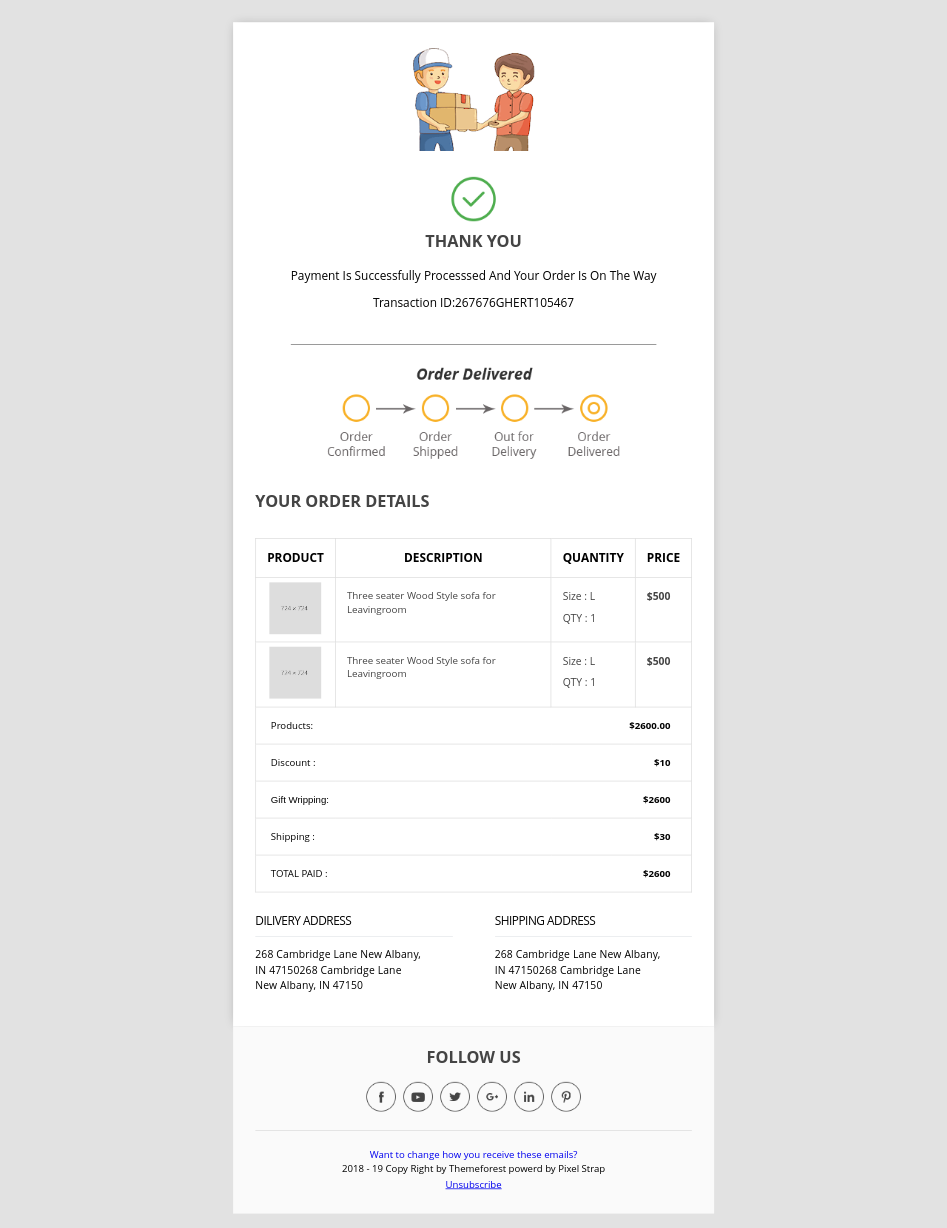
Repository: Idevz-sys/icespice-marketplace-front
Page: email-template/email-order-success.html
An editor plug-in stored every save of this project. The page is shown before and after the next save, followed by the edit.
The browser window is 1280 px wide. The pictures show the whole page, at 74% of full size.

Above is the page before, as saved 2022-04-12 16:28:25.

### email-template/email-order-success.html
<!DOCTYPE html>
<html lang="en">

<head>
    <meta http-equiv="Content-Type" content="text/html; charset=UTF-8">
    <meta http-equiv="X-UA-Compatible" content="IE=edge">
    <meta name="viewport" content="width=device-width, initial-scale=1.0">
    <link rel="icon" href="images/favicon.png" type="image/x-icon">
    <link rel="shortcut icon" href="images/favicon.png" type="image/x-icon">
    <title>Multikart | Email template </title>
    <link href="https://fonts.googleapis.com/css?family=Lato:300,400,700,900" rel="stylesheet">

    <style type="text/css">
        body {
            text-align: center;
            margin: 0 auto;
            width: 650px;
            font-family: 'Open Sans', sans-serif;
            background-color: #e2e2e2;
            display: block;
        }

        ul {
            margin: 0;
            padding: 0;
        }

        li {
            display: inline-block;
            text-decoration: unset;
        }

        a {
            text-decoration: none;
        }

        p {
            margin: 15px 0;
        }

        h5 {
            color: #444;
            text-align: left;
            font-weight: 400;
        }

        .text-center {
            text-align: center
        }

        .main-bg-light {
            background-color: #fafafa;
        }

        .title {
            color: #444444;
            font-size: 22px;
            font-weight: bold;
            margin-top: 10px;
            margin-bottom: 10px;
            padding-bottom: 0;
            text-transform: uppercase;
            display: inline-block;
            line-height: 1;
        }

        table {
            margin-top: 30px
        }

        table.top-0 {
            margin-top: 0;
        }

        table.order-detail,
        .order-detail th,
        .order-detail td {
            border: 1px solid #ddd;
            border-collapse: collapse;
        }

        .order-detail th {
            font-size: 16px;
            padding: 15px;
            text-align: center;
        }

        .footer-social-icon tr td img {
            margin-left: 5px;
            margin-right: 5px;
        }
    </style>
</head>

<body style="margin: 20px auto;">
    <table align="center" border="0" cellpadding="0" cellspacing="0"
        style="padding: 0 30px;background-color: #fff; -webkit-box-shadow: 0px 0px 14px -4px rgba(0, 0, 0, 0.2705882353);box-shadow: 0px 0px 14px -4px rgba(0, 0, 0, 0.2705882353);width: 100%;">
        <tbody>
            <tr>
                <td>
                    <table align="center" border="0" cellpadding="0" cellspacing="0">
                        <tr>
                            <td>
                                <img src="images/delivery.png" alt="" style="margin-bottom: 30px;">
                            </td>
                        </tr>
                        <tr>
                            <td>
                                <img src="images/success.png" alt="">
                            </td>
                        </tr>
                        <tr>
                            <td>
                                <h2 class="title">thank you</h2>
                            </td>
                        </tr>
                        <tr>
                            <td>
                                <p>Payment Is Successfully Processsed And Your Order Is On The Way</p>
                                <p>Transaction ID:267676GHERT105467</p>
                            </td>
                        </tr>
                        <tr>

                            <td>
                                <div style="border-top:1px solid #777;height:1px;margin-top: 30px;">
                            </td>
                        </tr>
                        <tr>
                            <td>
                                <img src="images/order-success.png" alt="" style="margin-top: 30px;">
                            </td>
                        </tr>
                    </table>
                    <table border="0" cellpadding="0" cellspacing="0">
                        <tr>
                            <td>
                                <h2 class="title">YOUR ORDER DETAILS</h2>
                            </td>
                        </tr>
                    </table>
                    <table class="order-detail" border="0" cellpadding="0" cellspacing="0" align="left">
                        <tr align="left">
                            <th>PRODUCT</th>
                            <th style="padding-left: 15px;">DESCRIPTION</th>
                            <th>QUANTITY</th>
                            <th>PRICE </th>
                        </tr>
                        <tr>
                            <td>
                                <img src="images/13.jpg" alt="" width="70">
                            </td>
                            <td valign="top" style="padding-left: 15px;">
                                <h5 style="margin-top: 15px;">Three seater Wood Style sofa for Leavingroom </h5>
                            </td>
                            <td valign="top" style="padding-left: 15px;">
                                <h5 style="font-size: 14px; color:#444;margin-top:15px;    margin-bottom: 0px;">Size :
                                    <span> L</span> </h5>
                                <h5 style="font-size: 14px; color:#444;margin-top: 10px;">QTY : <span>1</span></h5>
                            </td>
                            <td valign="top" style="padding-left: 15px;">
                                <h5 style="font-size: 14px; color:#444;margin-top:15px"><b>$500</b></h5>
                            </td>
                        </tr>
                        <tr>
                            <td>
                                <img src="images/14.jpg" alt="" width="70">
                            </td>
                            <td valign="top" style="padding-left: 15px;">
                                <h5 style="margin-top: 15px;">Three seater Wood Style sofa for Leavingroom </h5>
                            </td>
                            <td valign="top" style="padding-left: 15px;">
                                <h5 style="font-size: 14px; color:#444;margin-top:15px;    margin-bottom: 0px;">Size :
                                    <span> L</span> </h5>
                                <h5 style="font-size: 14px; color:#444;margin-top: 10px;">QTY : <span>1</span></h5>
                            </td>
                            <td valign="top" style="padding-left: 15px;">
                                <h5 style="font-size: 14px; color:#444;margin-top:15px"><b>$500</b></h5>
                            </td>
                        </tr>
                        <tr>
                            <td colspan="2"
                                style="line-height: 49px;font-size: 13px;color: #000000;padding-left: 20px;text-align:left;border-right: unset;">
                                Products:</td>
                            <td colspan="3" class="price"
                                style="line-height: 49px;text-align: right;padding-right: 28px;font-size: 13px;color: #000000;text-align:right;border-left: unset;">
                                <b>$2600.00</b></td>
                        </tr>
                        <tr>
                            <td colspan="2"
                                style="line-height: 49px;font-size: 13px;color: #000000;padding-left: 20px;text-align:left;border-right: unset;">
                                Discount :</td>
                            <td colspan="3" class="price"
                                style="line-height: 49px;text-align: right;padding-right: 28px;font-size: 13px;color: #000000;text-align:right;border-left: unset;">
                                <b>$10</b></td>
                        </tr>
                        <tr>
                            <td colspan="2"
                                style="line-height: 49px;font-family: Arial;font-size: 13px;color: #000000;padding-left: 20px;text-align:left;border-right: unset;">
                                Gift Wripping: </td>
                            <td colspan="3" class="price"
                                style="line-height: 49px;text-align: right;padding-right: 28px;font-size: 13px;color: #000000;text-align:right;border-left: unset;">
                                <b>$2600</b></td>
                        </tr>
                        <tr>
                            <td colspan="2" style="line-height: 49px;font-size: 13px;color: #000000;
                                    padding-left: 20px;text-align:left;border-right: unset;">Shipping :</td>
                            <td colspan="3" class="price"
                                style="
                                        line-height: 49px;text-align: right;padding-right: 28px;font-size: 13px;color: #000000;text-align:right;border-left: unset;">
                                <b>$30</b></td>
                        </tr>
                        <tr>
                            <td colspan="2" style="line-height: 49px;font-size: 13px;color: #000000;
                                    padding-left: 20px;text-align:left;border-right: unset;">TOTAL PAID :</td>
                            <td colspan="3" class="price"
                                style="line-height: 49px;text-align: right;padding-right: 28px;font-size: 13px;color: #000000;text-align:right;border-left: unset;">
                                <b>$2600</b></td>
                        </tr>
                    </table>
                    <table cellpadding="0" cellspacing="0" border="0" align="left"
                        style="width: 100%;margin-top: 30px;    margin-bottom: 30px;">
                        <tbody>
                            <tr>
                                <td
                                    style="font-size: 13px; font-weight: 400; color: #444444; letter-spacing: 0.2px;width: 50%;">
                                    <h5
                                        style="font-size: 16px; font-weight: 500;color: #000; line-height: 16px; padding-bottom: 13px; border-bottom: 1px solid #e6e8eb; letter-spacing: -0.65px; margin-top:0; margin-bottom: 13px;">
                                        DILIVERY ADDRESS</h5>
                                    <p
                                        style="text-align: left;font-weight: normal; font-size: 14px; color: #000000;line-height: 21px;    margin-top: 0;">
                                        268 Cambridge Lane New Albany,<br> IN 47150268 Cambridge Lane <br>New Albany, IN
                                        47150</p>
                                </td>
                                <td width="57" height="25" class="user-info"><img src="images/space.jpg" alt=" "
                                        height="25" width="57"></td>
                                <td class="user-info"
                                    style="font-size: 13px; font-weight: 400; color: #444444; letter-spacing: 0.2px;width: 50%;">
                                    <h5
                                        style="font-size: 16px;font-weight: 500;color: #000; line-height: 16px; padding-bottom: 13px; border-bottom: 1px solid #e6e8eb; letter-spacing: -0.65px; margin-top:0; margin-bottom: 13px;">
                                        SHIPPING ADDRESS</h5>
                                    <p
                                        style="text-align: left;font-weight: normal; font-size: 14px; color: #000000;line-height: 21px;    margin-top: 0;">
                                        268 Cambridge Lane New Albany,<br> IN 47150268 Cambridge Lane <br>New Albany, IN
                                        47150</p>
                                </td>
                            </tr>
                        </tbody>
                    </table>


                </td>
            </tr>
        </tbody>
    </table>
    <table class="main-bg-light text-center top-0" align="center" border="0" cellpadding="0" cellspacing="0"
        width="100%">
        <tr>
            <td style="padding: 30px;">
                <div>
                    <h4 class="title" style="margin:0;text-align: center;">Follow us</h4>
                </div>
                <table border="0" cellpadding="0" cellspacing="0" class="footer-social-icon" align="center"
                    class="text-center" style="margin-top:20px;">
                    <tr>
                        <td>
                            <a href="#"><img src="images/facebook.png" alt=""></a>
                        </td>
                        <td>
                            <a href="#"><img src="images/youtube.png" alt=""></a>
                        </td>
                        <td>
                            <a href="#"><img src="images/twitter.png" alt=""></a>
                        </td>
                        <td>
                            <a href="#"><img src="images/gplus.png" alt=""></a>
                        </td>
                        <td>
                            <a href="#"><img src="images/linkedin.png" alt=""></a>
                        </td>
                        <td>
                            <a href="#"><img src="images/pinterest.png" alt=""></a>
                        </td>
                    </tr>
                </table>
                <div style="border-top: 1px solid #ddd; margin: 20px auto 0;"></div>
                <table border="0" cellpadding="0" cellspacing="0" width="100%" style="margin: 20px auto 0;">
                    <tr>
                        <td>
                            <a href="#" style="font-size:13px">Want to change how you receive these emails?</a>
                        </td>
                    </tr>
                    <tr>
                        <td>
                            <p style="font-size:13px; margin:0;">2018 - 19 Copy Right by Themeforest powerd by Pixel
                                Strap</p>
                        </td>
                    </tr>
                    <tr>
                        <td>
                            <a href="#" style="font-size:13px; margin:0;text-decoration: underline;">Unsubscribe</a>
                        </td>
                    </tr>
                </table>
            </td>
        </tr>
    </table>
</body>

</html>

After the next save:
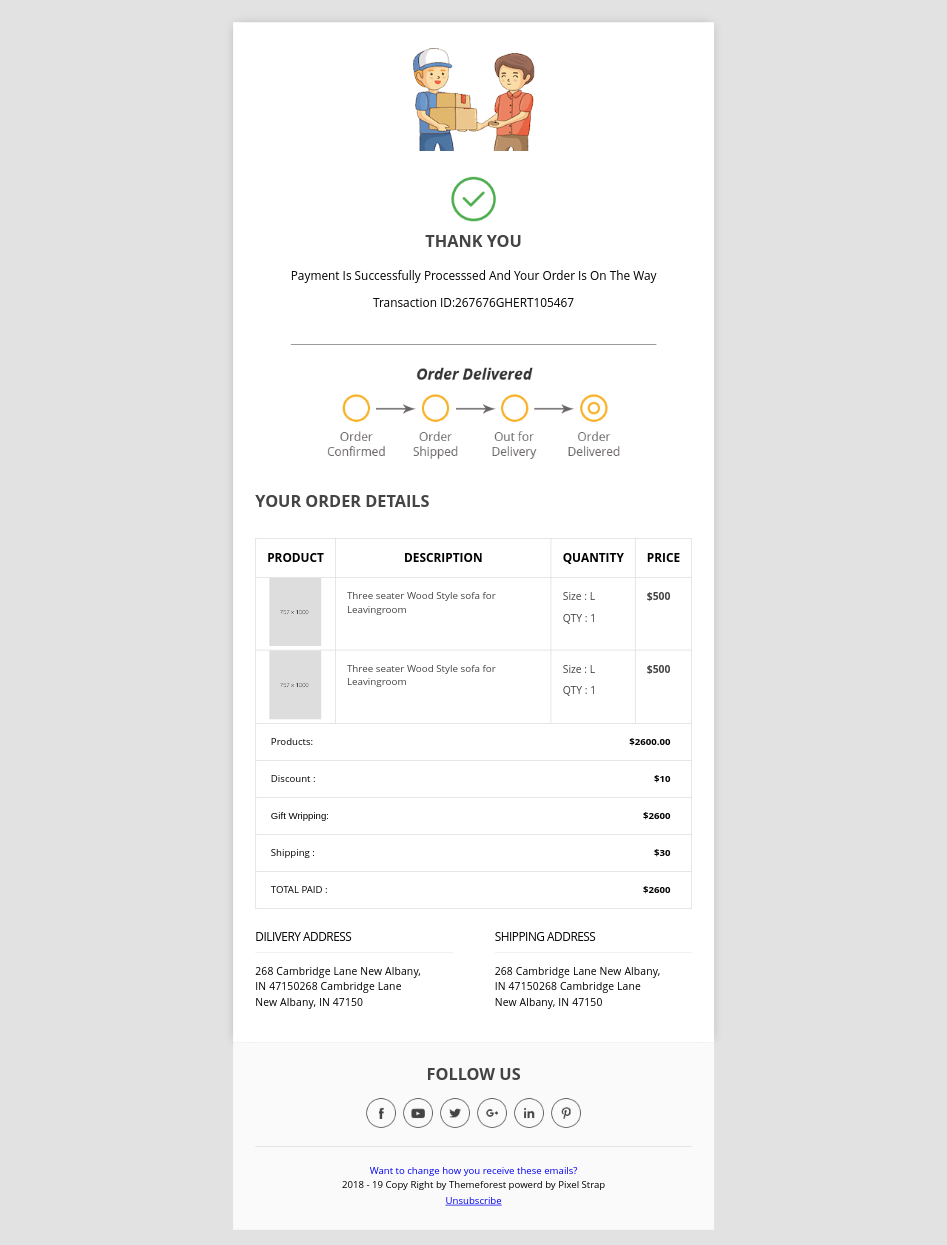
Saved 3 min 18 s later.
--- a/email-template/email-order-success.html
+++ b/email-template/email-order-success.html
@@ -148,7 +148,7 @@
                         </tr>
                         <tr>
                             <td>
-                                <img src="images/13.jpg" alt="" width="70">
+                                <img src="images/product/8.jpg" alt="" width="70">
                             </td>
                             <td valign="top" style="padding-left: 15px;">
                                 <h5 style="margin-top: 15px;">Three seater Wood Style sofa for Leavingroom </h5>
@@ -164,7 +164,7 @@
                         </tr>
                         <tr>
                             <td>
-                                <img src="images/14.jpg" alt="" width="70">
+                                <img src="images/product/9.jpg" alt="" width="70">
                             </td>
                             <td valign="top" style="padding-left: 15px;">
                                 <h5 style="margin-top: 15px;">Three seater Wood Style sofa for Leavingroom </h5>
